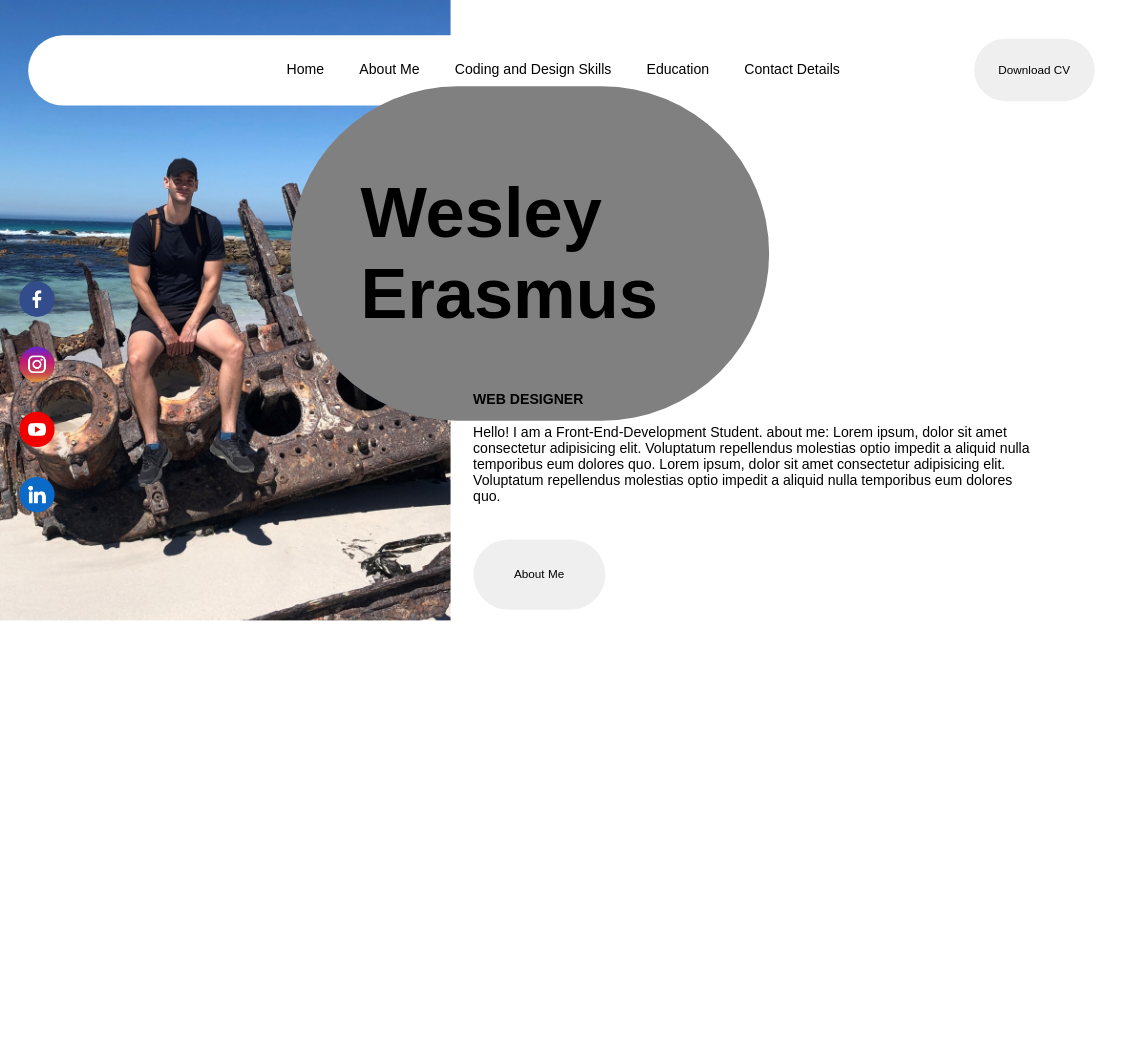
Repository: WesleyErasmus/MyDigitalResume-4
Page: index.html
An editor plug-in stored every save of this project. The page is shown before and after the next save, followed by the edit.
The browser window is 1280 px wide. The pictures show the whole page, at 88% of full size.

Above is the page before, as saved 2022-02-20 18:24:06.

### index.html
<!DOCTYPE html>
<html lang="en">
<head>
    <meta charset="UTF-8">
    <meta http-equiv="X-UA-Compatible" content="IE=edge">
    <meta name="viewport" content="width=device-width, initial-scale=1.0">
    <title>Wesley Erasmus Digital Resume 4 Project</title>
    <link rel="stylesheet" href="stylesheet.css">
</head>
<body>
    <header class="nav-menu-top">
        <ul class="top-nav-menu-buttons">
            <li><a href="/index.html" target="">Home</a></li>
                <li><a href="/about.html" target="">About Me</a></li>
                <li><a href="/codingSkills.html" target="">Coding and Design Skills</a></li>
                <li><a href="/education.html" target="">Education</a></li>
                <li><a href="/contact.html" target="">Contact Details</a></li>
        </ul>
        <button id="download-cv">Download CV</button>
    </header>

    <aside class="self-portrait"></aside>
    <nav class="social-media-links">
        <ul class="social-media-links">
            <li><a href="https://www.facebook.com/codespaceza"><img src="/icons/facebook.png" alt="Facebook" width="40px" height="40px"></a></li>
            <li><a href="https://www.instagram.com/codespaceza/"><img src="icons/instagram.png" alt="Instagram" width="40px" height="40px"></a></li>
            <li><a href="https://www.youtube.com/channel/UCfmXJliguiwBv2QlRzWdrxA"><img src="icons/youtube.png" alt="YouTube" width="40px" height="40px"></a></li>
            <li><a href="https://www.linkedin.com/school/codespaceza/"><img src="icons/linkedin.png" alt="LinkedIn" width="40px" height="40px"></a></li>
        </ul>
        <!-- Here's a link  where you can find free icons : https://www.flaticon.com/premium-icon/twitter_4494477?related_id=4494465&origin=search -->
    </nav>
        <h1 class="name">
            <span class="name">
                Wesley
                <br>
                Erasmus
            </span>
        </h1>
     <article>
         <h4 ID="title">WEB DESIGNER</h4>
        <div class="about-me">
            <p>Hello! I am a Front-End-Development Student. about me: Lorem ipsum, dolor sit amet consectetur adipisicing elit. Voluptatum repellendus molestias optio impedit a aliquid nulla temporibus eum dolores quo. Lorem ipsum, dolor sit amet consectetur adipisicing elit. Voluptatum repellendus molestias optio impedit a aliquid nulla temporibus eum dolores quo.</p>
        </div>
        <button class="next-page">
            <a href="/about.html" target="">About Me</a>
        </button>
    </article>


</body>
</html>

### stylesheet.css

* {
    font-family: Arial, Helvetica, sans-serif;
    margin: 0;
    padding: 0;
}
body {
    /* background-color: grey; */
    overflow:hidden;
}
header.nav-menu-top {
    position: relative;
    /* Positions explained in below link: https://developer.mozilla.org/en-US/docs/Web/CSS/position */
    text-align: center;
    margin: 0 auto;
    /* Margin: 0 auto can be used to center an object horizontally  */
    width: 95%;
    height: 80px;
    border-radius: 50px;
    margin-top: 40px;
    background-color: #fff;
}
ul.top-nav-menu-buttons{
    display: flex;
    justify-content: center;
    /* Positions explained in below link: https://css-tricks.com/snippets/css/a-guide-to-flexbox/ */
    padding: 30px;
}
.top-nav-menu-buttons li {
    margin: 0 20px 0 20px;
    list-style-type: none;
    text-align: center;
}
button#download-cv {
    position: relative;
    float: right;
    top: -74px;
    right: 4px;
    padding: 28px;
    border-radius: 50px;
    border: NONE;
}
aside.self-portrait {
    z-index: -1;
    /* z-index explained in below link:
     https://developer.mozilla.org/en-US/docs/Web/CSS/z-index */
    position: absolute;
    top: 0;
    left: 0;
    height: 1200px;
    width: 40%;
    background-image: url(/selfPortrait/IMG_0967.jpg);
    background-repeat: no-repeat;
    background-size: 120%;
}
nav.social-media-links {
    position: relative;
    height: 390px;
    width: 50px;
    float: left;
    top: 150px;
    left: 17px;
    border-radius: 0 15px 15px 0;
}
ul.social-media-links{
    padding: 50px 5px 5px 5px;
    text-align: center;
    display: flex;
    flex-direction: column;

}
.social-media-links li{
    margin-bottom: 30px;
    list-style-type: none;
}
h1.name {
    background-color: grey;
    margin: 0 auto;
    width: 30vw;
    height: 300px;
    margin: 0;
    position: absolute;
    top: 40%;
    left: 47vw;
    transform: translate(-50%, -50%);
    /* Used to centre my .name container. Explained in below link: https://css-tricks.com/centering-percentage-widthheight-elements/ */
    padding: 40px 80px 40px 80px;
    font-size: 80px;
    border-radius: 200px;
}
span {
    position: absolute;
    top: 50%;
    transform: translate(-0%, -50%);
}
article {
    width: 50%;
    left: 41%;
    position: absolute;
    height: 500px;
    top: 60vh;
    padding: 1%;
}
h4#title {
    margin-bottom: 20px;
}
button.next-page {
    margin-top: 40px;
    width: 150px ;
    height: 80px ;
    border-radius: 50px;
    border: none;
}
a:link {
    color: black;
    text-decoration: none;
}
a:visited {
    color: black;
}
a:hover {
    color: gray;
}

After the next save:
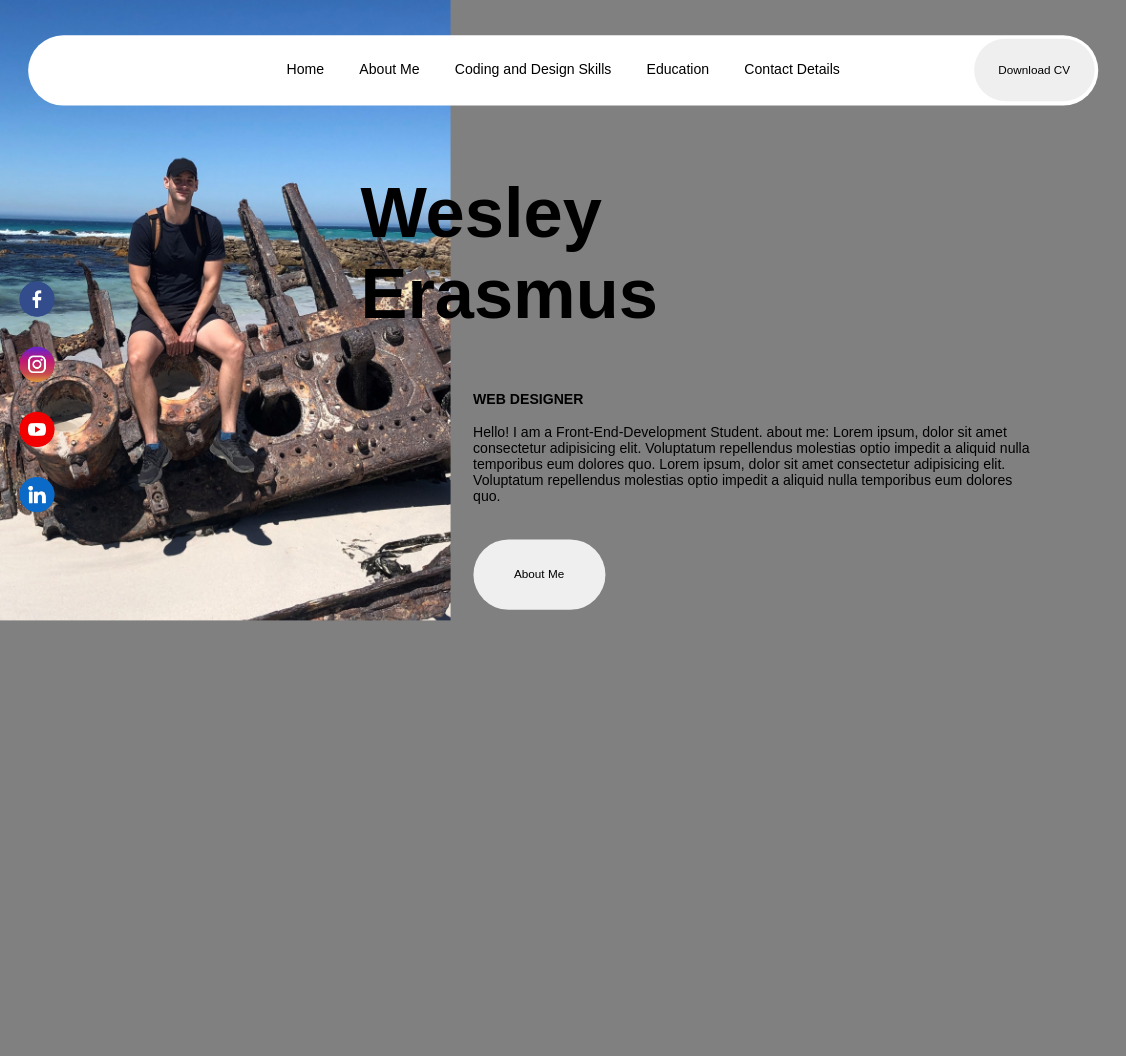
Saved 58 s later.
--- a/stylesheet.css
+++ b/stylesheet.css
@@ -5,7 +5,7 @@
     padding: 0;
 }
 body {
-    /* background-color: grey; */
+    background-color: grey;
     overflow:hidden;
 }
 header.nav-menu-top {
@@ -74,7 +74,7 @@ ul.social-media-links{
     list-style-type: none;
 }
 h1.name {
-    background-color: grey;
+    /* background-color: grey; */
     margin: 0 auto;
     width: 30vw;
     height: 300px;
